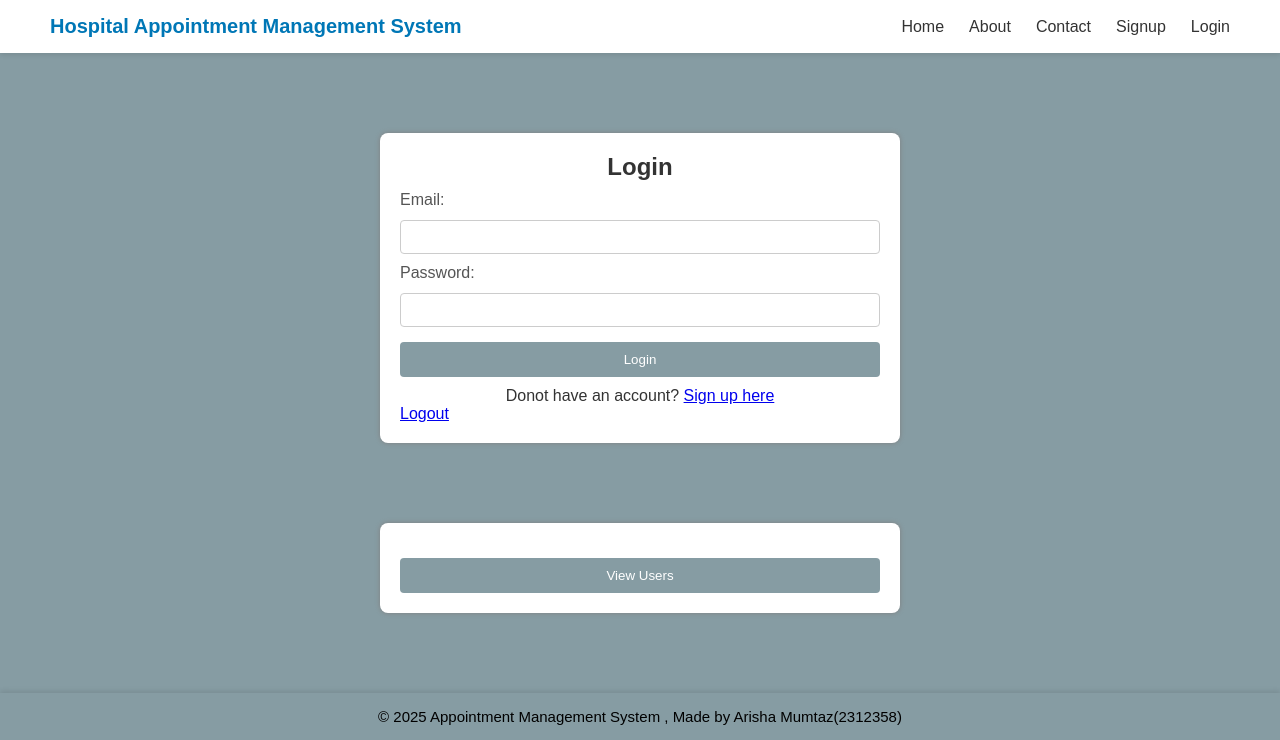
Repository: Arisha004/hospital-management-midterm-
Page: http://localhost/login.php
The author's editor kept a copy of each file at every save. The page is drawn from the files as they stood at one save, then again after a run of saves.
The browser window is 1280 px wide. The pictures show the whole page.
The page is run by PHP 8.4 with error messages shown; the project is at /var/www/html/.

Above is the page before, as saved 2025-11-02 15:00:40.

After the next 3 saves:
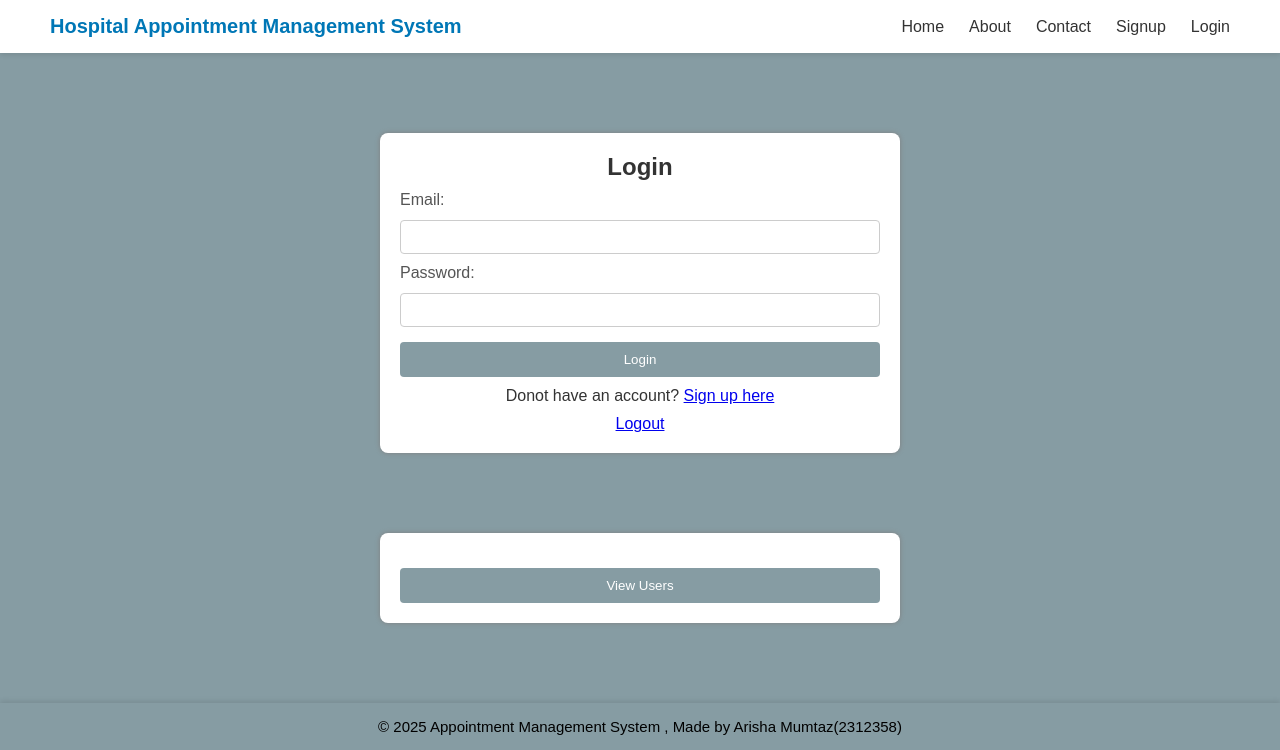
The 3 saves are shown as one change because they came seconds apart.
The last was saved 9 s later.
--- a/login.php
+++ b/login.php
@@ -68,7 +68,7 @@ No delay — the user doesn’t see any message on the current page.*/
       <button type="submit">Login</button>
 
       <p>Donot have an account? <a href="signup.php">Sign up here</a></p>
-       <a href="signup.php">Logout</a>
+       <p><a href="signup.php">Logout</a></p>
 
 </div>
 </div>
